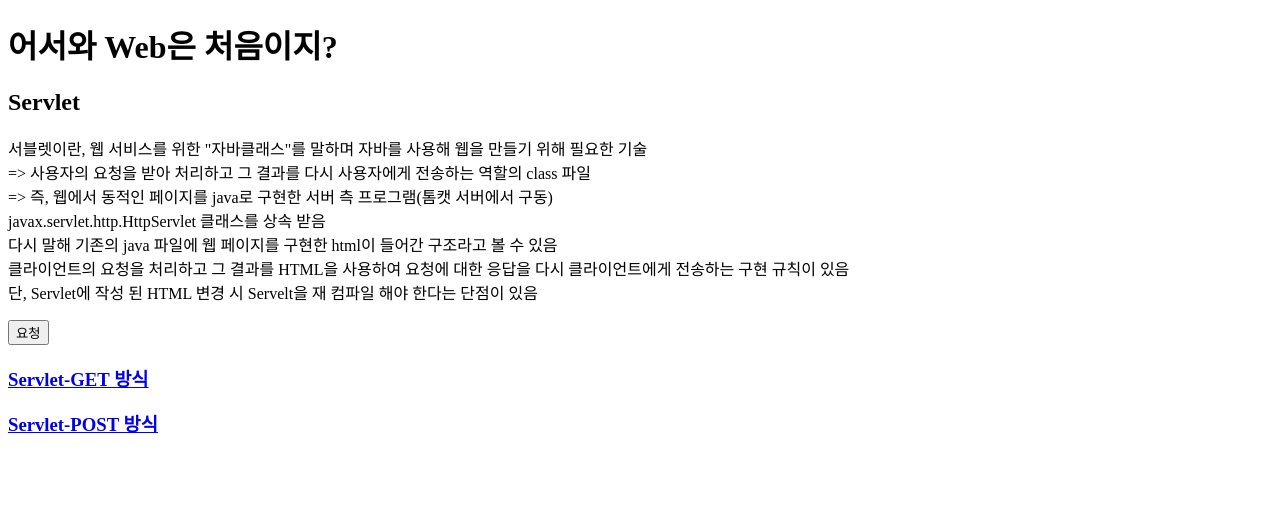
Repository: chuhj1226/servlet
Page: workspace/1_Servlet/WebContent/index.html
The author's editor kept a copy of each file at every save. The page is drawn from the files as they stood at one save, then again after the next save.
The browser window is 1280 px wide. The pictures show the whole page.

Above is the page before, as saved 2021-10-05 06:38:33.

### workspace/1_Servlet/WebContent/index.html
<!DOCTYPE html>
<html>
<head>
<meta charset="UTF-8">
<title>1_Servlet</title>
</head>
<body>
	<h1>어서와 Web은 처음이지?</h1>

	<!--

		환경 설정
		1) tomcat 설치 (dev 폴더에 압축 풀기)
		2) Eclipse의 Server Runtime Environments에서 tomcat 설치 경로 등록 (이클립스에 서버 연동)
		3) Servers 탭에서 서버 등록 (톰캣 기본 포트와 오라클 기본 포트가 동일하게 8080이므로 변경, server publicshing 체크)
		4) 인코딩 설정(UTF-8)
		5) 기타(java-ee, 파일 바로가기 생성)

		* Dynamic Web Project 만들기
		1) Project name : 프로젝트 이름
		2) Target runtime : 웹 어플리케이션을 실행할 서버
		3) Dynamic web module version : 서블릿 버전, 이클립스는 여기에 지정 된 버전으로 소스 코드의 문법을 검사
		4) Source folders on build path : 자바 소스 폴더
		5) Defalut output folder : 컴파일 결과 출력 폴더 (배포 폴더 안에 컴파일 된 클래스 파일이 있어야 하므로 변경)
		6) Context root : 웹 어플리케이션 이름, 기본 값은 프로젝트 이름, 웹 브라우저에서 실행 요청 시 url에서 사용
		7) Context directory : 웹 컨텐츠 파일을 저장할 작업 폴더의 이름 저장
		8) Generate ~ 체크 : 배포 서술자라고 하는 어플리케이션 전체 설정 정보를 가진 web.xml 파일 생성

	 -->

	<h2>Servlet</h2>
	<p>
		서블렛이란, 웹 서비스를 위한 "자바클래스"를 말하며 자바를 사용해 웹을 만들기 위해 필요한 기술<br>
		=> 사용자의 요청을 받아 처리하고 그 결과를 다시 사용자에게 전송하는 역할의 class 파일<br>
		=> 즉, 웹에서 동적인 페이지를 java로 구현한 서버 측 프로그램(톰캣 서버에서 구동)<br>
		javax.servlet.http.HttpServlet 클래스를 상속 받음<br>

		다시 말해 기존의 java 파일에 웹 페이지를 구현한 html이 들어간 구조라고 볼 수 있음<br>
		클라이언트의 요청을 처리하고 그 결과를 HTML을 사용하여 요청에 대한 응답을 다시 클라이언트에게 전송하는 구현 규칙이 있음<br>
		단, Servlet에 작성 된 HTML 변경 시 Servelt을 재 컴파일 해야 한다는 단점이 있음
	</p>
	<!-- /context Root/mapping 명칭 -->
	<form action="/1_Servlet/study1" method="get">
		<button type="submit">요청</button>
	</form>

	<h3><a href="views/testServlet1.html">Servlet-GET 방식</a></h3>
	<h3><a href="views/testServlet2.html">Servlet-POST 방식</a></h3>

</body>
</html>

After the next save:
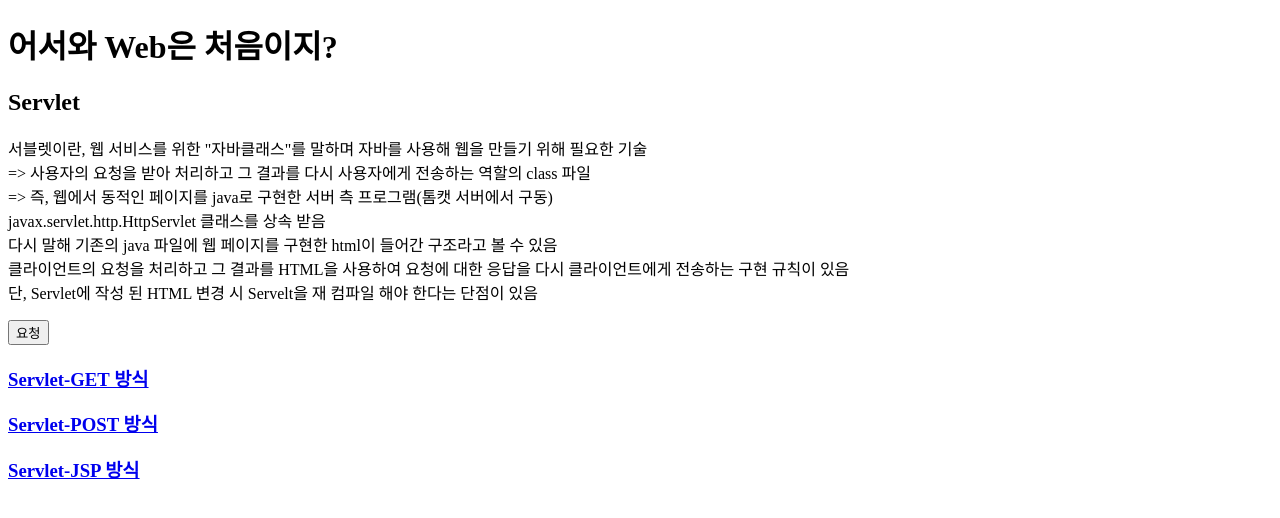
Saved 10 s later.
--- a/workspace/1_Servlet/WebContent/index.html
+++ b/workspace/1_Servlet/WebContent/index.html
@@ -46,6 +46,7 @@
 
 	<h3><a href="views/testServlet1.html">Servlet-GET 방식</a></h3>
 	<h3><a href="views/testServlet2.html">Servlet-POST 방식</a></h3>
+	<h3><a href="views/testServlet2.html">Servlet-JSP 방식</a></h3>
 
 </body>
 </html>
